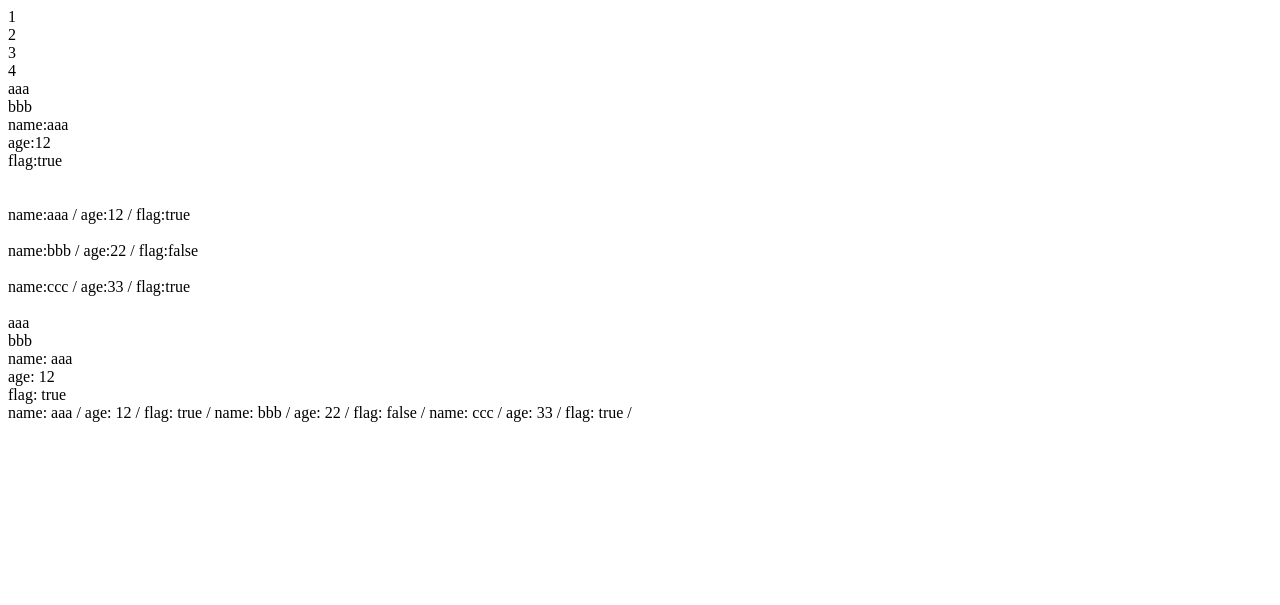
Repository: HmDol/Spring_study
Page: http://localhost/project1/javascript.jsp
These files come from the project's save history. The page is drawn as it stood at one moment and after the next save; the edit follows.
The browser window is 1280 px wide. The pictures show the whole page.
The page is served by Tomcat 10.

Above is the page before, as saved 2023-09-06 01:31:40.

After the next save:
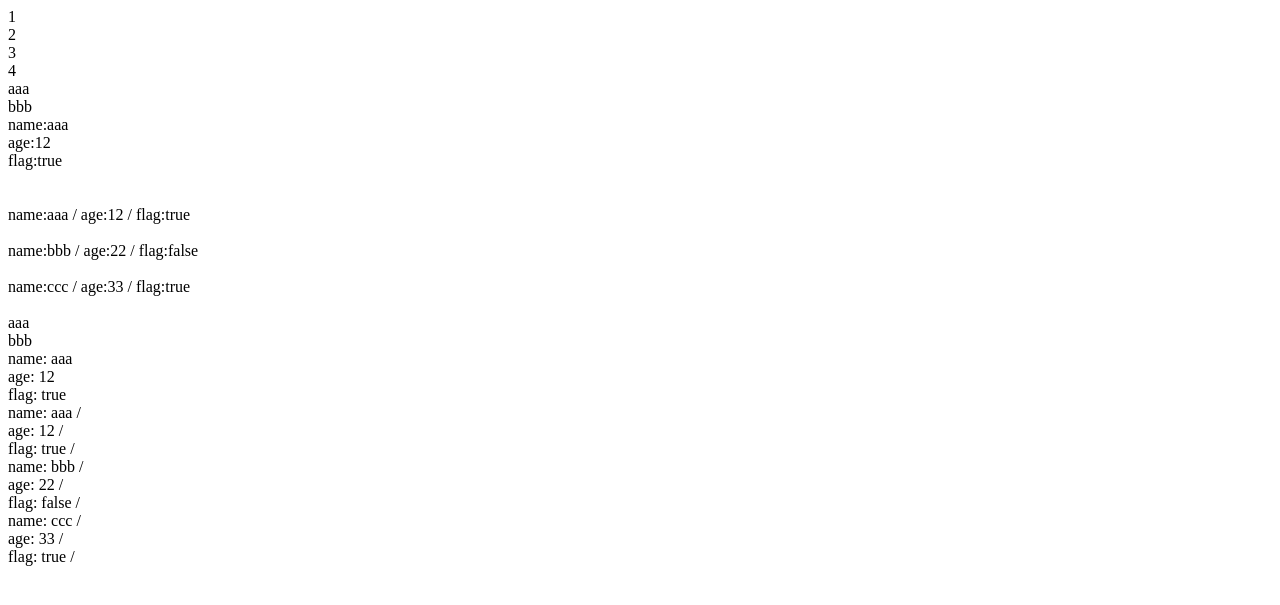
Saved 14 s later.
--- a/project1/src/main/webapp/javascript.jsp
+++ b/project1/src/main/webapp/javascript.jsp
@@ -52,7 +52,8 @@ for(let a in obj){ // 맴버변수슬 하나씩 꺼내서 씀
 
 for(let o of arr3){
 	for(let key in o){
-		document.write(key+": "+o[key]+" / ");
+		document.write(key+": "+o[key]+" / " + "<br>");
+
 	}
 }
 
